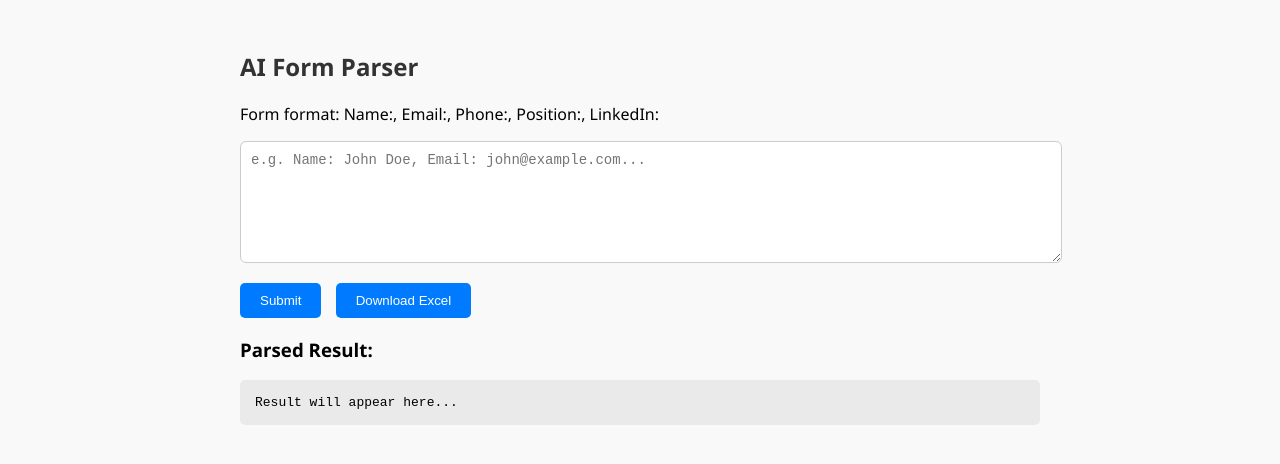
Repository: Mohitkumar1322/AIForm
Page: http://localhost/
The author's editor kept a copy of each file at every save. The page is drawn from the files as they stood at one save, then again after the next save.
The browser window is 1280 px wide. The pictures show the whole page.
The page is served by the project's application, run on Flask 3 (main.py).

Above is the page before, as saved 2025-07-18 10:37:01.

### templates/index.html
<!DOCTYPE html>
<html>
<head>
    <title>AI Form Parser</title>
    <style>
        body {
            font-family: 'Segoe UI', sans-serif;
            max-width: 800px;
            margin: auto;
            padding: 30px;
            background-color: #f9f9f9;
        }
        h2 {
            color: #333;
        }
        textarea {
            width: 100%;
            height: 100px;
            padding: 10px;
            font-size: 14px;
            border-radius: 6px;
            border: 1px solid #ccc;
        }
        button {
            padding: 10px 20px;
            margin-top: 15px;
            margin-right: 10px;
            background-color: #007bff;
            color: white;
            border: none;
            border-radius: 5px;
            cursor: pointer;
        }
        button:hover {
            background-color: #0056b3;
        }
        pre {
            background-color: #eaeaea;
            padding: 15px;
            white-space: pre-wrap;
            border-radius: 5px;
        }
    </style>
</head>
<body>
    <h2>AI Form Parser</h2>
    <p>Form format: Name:, Email:, Phone:, Position:, LinkedIn:</p>
    <textarea id="prompt" placeholder="e.g. Name: John Doe, Email: john@example.com..."></textarea>
    <br>
    <button onclick="submitForm()">Submit</button>
    <button onclick="downloadExcel()">Download Excel</button>

    <h3>Parsed Result:</h3>
    <pre id="result">Result will appear here...</pre>

    <script>
        async function submitForm() {
            const prompt = document.getElementById("prompt").value;
            const resultBox = document.getElementById("result");

            const response = await fetch("/parse-form", {
                method: "POST",
                headers: {
                    "Content-Type": "application/json"
                },
                body: JSON.stringify({ prompt })
            });

            const data = await response.json();
            if (data.status === "success") {
                resultBox.textContent = data.result;
            } else {
                resultBox.textContent = "Error: " + data.message;
            }
        }

        function downloadExcel() {
            window.location.href = "/download";
        }
    </script>
</body>
</html>

### main.py
from flask import Flask, request, jsonify, render_template, send_file
import cohere
import os
import pandas as pd
from dotenv import load_dotenv

load_dotenv()
app = Flask(__name__)
co = cohere.Client(os.getenv("COHERE_API_KEY"))

# Load system prompt
with open("prompt_template.txt", "r") as f:
    system_prompt = f.read()

EXCEL_FILE = "data.xlsx"

# Home Route
@app.route("/")
def home():
    return render_template("index.html")

# Parse the form data
@app.route("/parse-form", methods=["POST"])
def parse_form():
    try:
        data = request.get_json()
        user_prompt = data.get("prompt", "")
        full_prompt = f"{system_prompt}\n\nUser Input:\n{user_prompt}"

        response = co.generate(
            model='command-r-plus',
            prompt=full_prompt,
            max_tokens=300,
            temperature=0.2
        )

        result_text = response.generations[0].text.strip()

        # Try converting the result into a dict
        lines = result_text.split("\n")
        parsed_dict = {}
        for line in lines:
            if ":" in line:
                key, value = line.split(":", 1)
                parsed_dict[key.strip()] = value.strip()

        # Append to Excel
        if os.path.exists(EXCEL_FILE):
            df = pd.read_excel(EXCEL_FILE)
            df = pd.concat([df, pd.DataFrame([parsed_dict])], ignore_index=True)
        else:
            df = pd.DataFrame([parsed_dict])
        df.to_excel(EXCEL_FILE, index=False)

        return jsonify({
            "status": "success",
            "result": result_text
        })

    except Exception as e:
        return jsonify({
            "status": "error",
            "message": str(e)
        }), 500

# Endpoint to download the Excel file
@app.route("/download", methods=["GET"])
def download_excel():
    if os.path.exists(EXCEL_FILE):
        return send_file(EXCEL_FILE, as_attachment=True)
    return jsonify({"error": "Excel file not found."}), 404

if __name__ == "__main__":
    app.run(debug=True)

### prompt_template.txt
You are an AI assistant. From the given user input, extract the following fields and return them in JSON:

{
  "name": "...",
  "email": "...",
  "phone": "...",
  "position": "...",
  "linkedin": "..."
}

If any data is missing, return null.

After the next save:
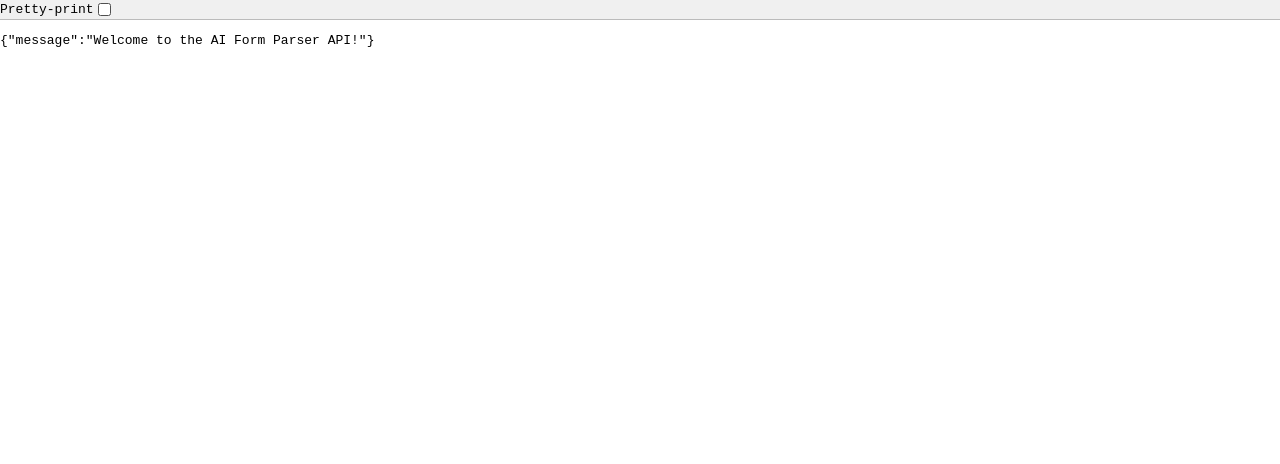
Saved 8 min 27 s later.
--- a/main.py
+++ b/main.py
@@ -1,25 +1,38 @@
-from flask import Flask, request, jsonify, render_template, send_file
+from flask import Flask, request, jsonify
 import cohere
 import os
+from dotenv import load_dotenv
 import pandas as pd
-from dotenv import load_dotenv
+from openpyxl import load_workbook
 
+# Load API key
 load_dotenv()
-app = Flask(__name__)
-co = cohere.Client(os.getenv("COHERE_API_KEY"))
+api_key = os.getenv("COHERE_API_KEY")
+co = cohere.Client(api_key)
 
 # Load system prompt
 with open("prompt_template.txt", "r") as f:
     system_prompt = f.read()
 
-EXCEL_FILE = "data.xlsx"
+# Initialize Flask app
+app = Flask(__name__)
 
-# Home Route
+EXCEL_FILE = "submissions.xlsx"
+
+def append_to_excel(data_dict):
+    df = pd.DataFrame([data_dict])  # Convert single record to DataFrame
+
+    if not os.path.exists(EXCEL_FILE):
+        df.to_excel(EXCEL_FILE, index=False)
+    else:
+        with pd.ExcelWriter(EXCEL_FILE, engine='openpyxl', mode='a', if_sheet_exists='overlay') as writer:
+            existing_df = pd.read_excel(EXCEL_FILE)
+            df.to_excel(writer, index=False, header=False, startrow=len(existing_df))
+
 @app.route("/")
 def home():
-    return render_template("index.html")
+    return jsonify({"message": "Welcome to the AI Form Parser API!"})
 
-# Parse the form data
 @app.route("/parse-form", methods=["POST"])
 def parse_form():
     try:
@@ -34,27 +47,20 @@
             temperature=0.2
         )
 
-        result_text = response.generations[0].text.strip()
+        # Clean and parse output into key-value pairs
+        parsed_text = response.generations[0].text.strip()
+        result_lines = [line for line in parsed_text.split("\n") if ":" in line]
+        result_dict = {}
 
-        # Try converting the result into a dict
-        lines = result_text.split("\n")
-        parsed_dict = {}
-        for line in lines:
-            if ":" in line:
-                key, value = line.split(":", 1)
-                parsed_dict[key.strip()] = value.strip()
+        for line in result_lines:
+            key, val = line.split(":", 1)
+            result_dict[key.strip()] = val.strip()
 
-        # Append to Excel
-        if os.path.exists(EXCEL_FILE):
-            df = pd.read_excel(EXCEL_FILE)
-            df = pd.concat([df, pd.DataFrame([parsed_dict])], ignore_index=True)
-        else:
-            df = pd.DataFrame([parsed_dict])
-        df.to_excel(EXCEL_FILE, index=False)
+        append_to_excel(result_dict)
 
         return jsonify({
             "status": "success",
-            "result": result_text
+            "result": parsed_text
         })
 
     except Exception as e:
@@ -63,12 +69,5 @@
             "message": str(e)
         }), 500
 
-# Endpoint to download the Excel file
-@app.route("/download", methods=["GET"])
-def download_excel():
-    if os.path.exists(EXCEL_FILE):
-        return send_file(EXCEL_FILE, as_attachment=True)
-    return jsonify({"error": "Excel file not found."}), 404
-
 if __name__ == "__main__":
     app.run(debug=True)

After the save that followed:
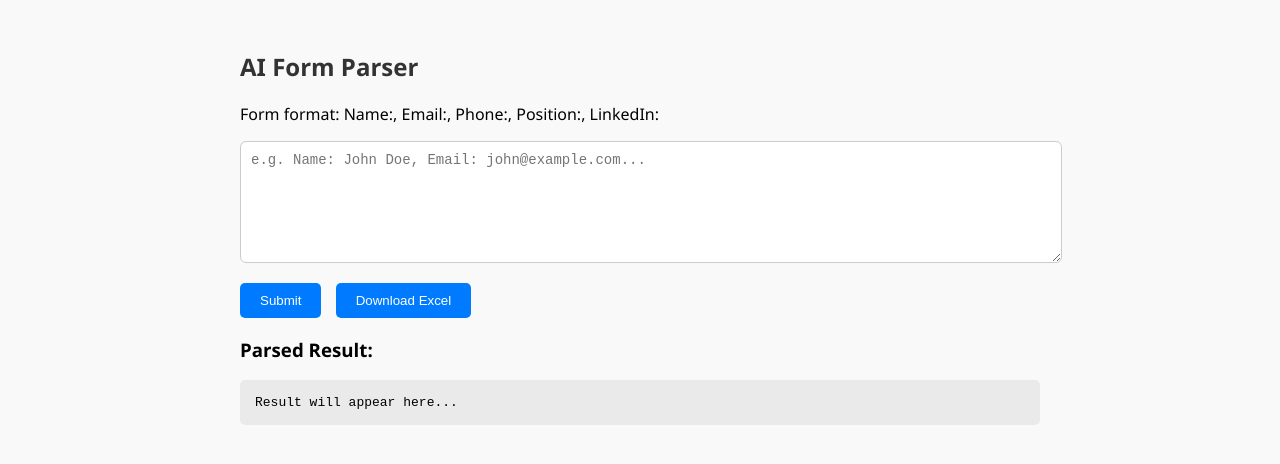
Saved 19 s later.
--- a/main.py
+++ b/main.py
@@ -1,38 +1,25 @@
-from flask import Flask, request, jsonify
+from flask import Flask, request, jsonify, render_template, send_file
 import cohere
 import os
+import pandas as pd
 from dotenv import load_dotenv
-import pandas as pd
-from openpyxl import load_workbook
 
-# Load API key
 load_dotenv()
-api_key = os.getenv("COHERE_API_KEY")
-co = cohere.Client(api_key)
+app = Flask(__name__)
+co = cohere.Client(os.getenv("COHERE_API_KEY"))
 
 # Load system prompt
 with open("prompt_template.txt", "r") as f:
     system_prompt = f.read()
 
-# Initialize Flask app
-app = Flask(__name__)
+EXCEL_FILE = "data.xlsx"
 
-EXCEL_FILE = "submissions.xlsx"
-
-def append_to_excel(data_dict):
-    df = pd.DataFrame([data_dict])  # Convert single record to DataFrame
-
-    if not os.path.exists(EXCEL_FILE):
-        df.to_excel(EXCEL_FILE, index=False)
-    else:
-        with pd.ExcelWriter(EXCEL_FILE, engine='openpyxl', mode='a', if_sheet_exists='overlay') as writer:
-            existing_df = pd.read_excel(EXCEL_FILE)
-            df.to_excel(writer, index=False, header=False, startrow=len(existing_df))
-
+# Home Route
 @app.route("/")
 def home():
-    return jsonify({"message": "Welcome to the AI Form Parser API!"})
+    return render_template("index.html")
 
+# Parse the form data
 @app.route("/parse-form", methods=["POST"])
 def parse_form():
     try:
@@ -47,20 +34,27 @@
             temperature=0.2
         )
 
-        # Clean and parse output into key-value pairs
-        parsed_text = response.generations[0].text.strip()
-        result_lines = [line for line in parsed_text.split("\n") if ":" in line]
-        result_dict = {}
+        result_text = response.generations[0].text.strip()
 
-        for line in result_lines:
-            key, val = line.split(":", 1)
-            result_dict[key.strip()] = val.strip()
+        # Try converting the result into a dict
+        lines = result_text.split("\n")
+        parsed_dict = {}
+        for line in lines:
+            if ":" in line:
+                key, value = line.split(":", 1)
+                parsed_dict[key.strip()] = value.strip()
 
-        append_to_excel(result_dict)
+        # Append to Excel
+        if os.path.exists(EXCEL_FILE):
+            df = pd.read_excel(EXCEL_FILE)
+            df = pd.concat([df, pd.DataFrame([parsed_dict])], ignore_index=True)
+        else:
+            df = pd.DataFrame([parsed_dict])
+        df.to_excel(EXCEL_FILE, index=False)
 
         return jsonify({
             "status": "success",
-            "result": parsed_text
+            "result": result_text
         })
 
     except Exception as e:
@@ -69,5 +63,12 @@
             "message": str(e)
         }), 500
 
+# Endpoint to download the Excel file
+@app.route("/download", methods=["GET"])
+def download_excel():
+    if os.path.exists(EXCEL_FILE):
+        return send_file(EXCEL_FILE, as_attachment=True)
+    return jsonify({"error": "Excel file not found."}), 404
+
 if __name__ == "__main__":
     app.run(debug=True)
